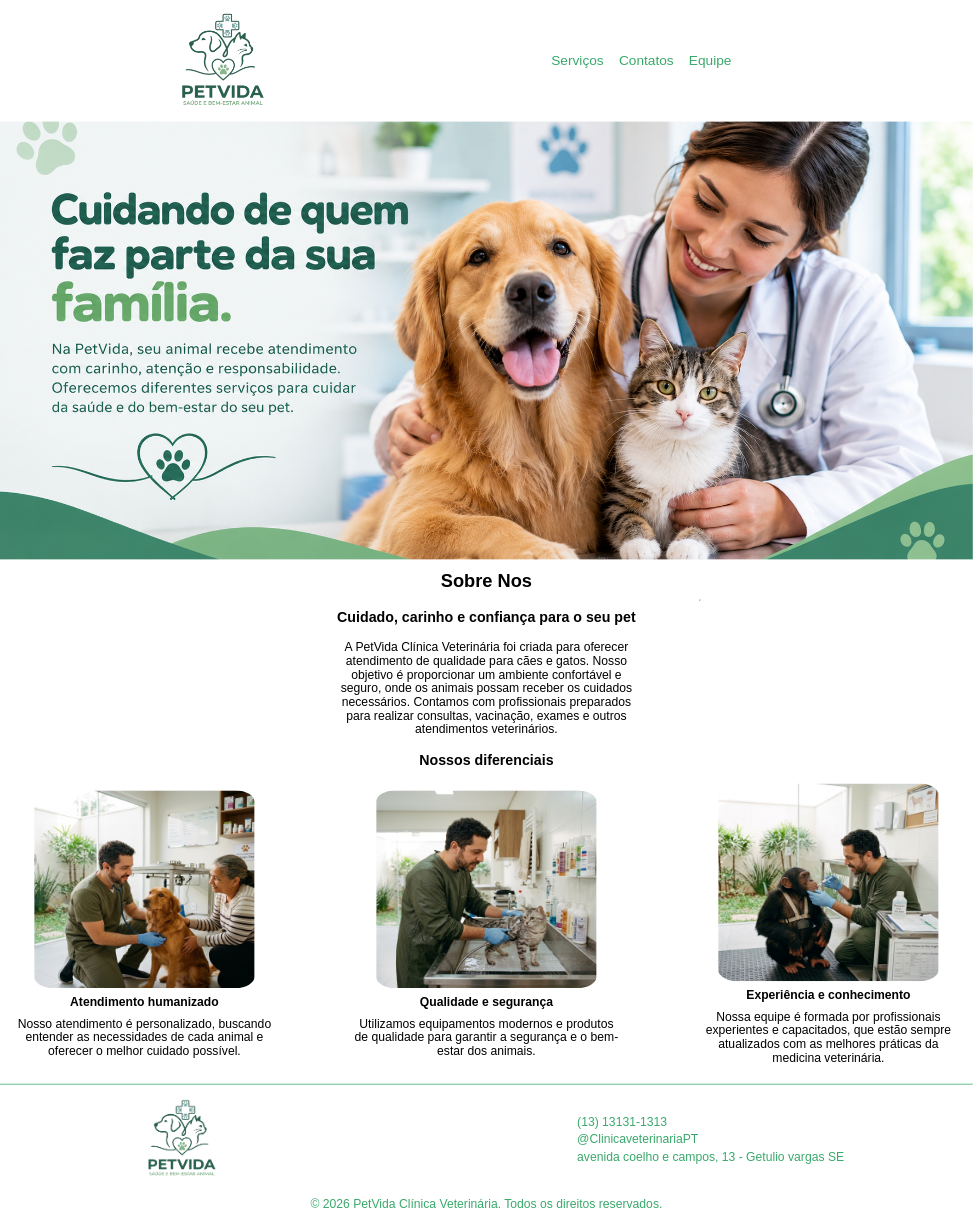
Repository: antonymsantana-design/Veterinario
Page: INDEX.HTML
These files come from the project's save history. The page is drawn as it stood at one moment and after the next save; the edit follows.
The browser window is 1280 px wide. The pictures show the whole page, at 76% of full size.

Above is the page before, as saved 2026-10-03 18:21:05.
Console error: TypeError: Cannot read properties of null (reading 'innerHTML')

After the next save:
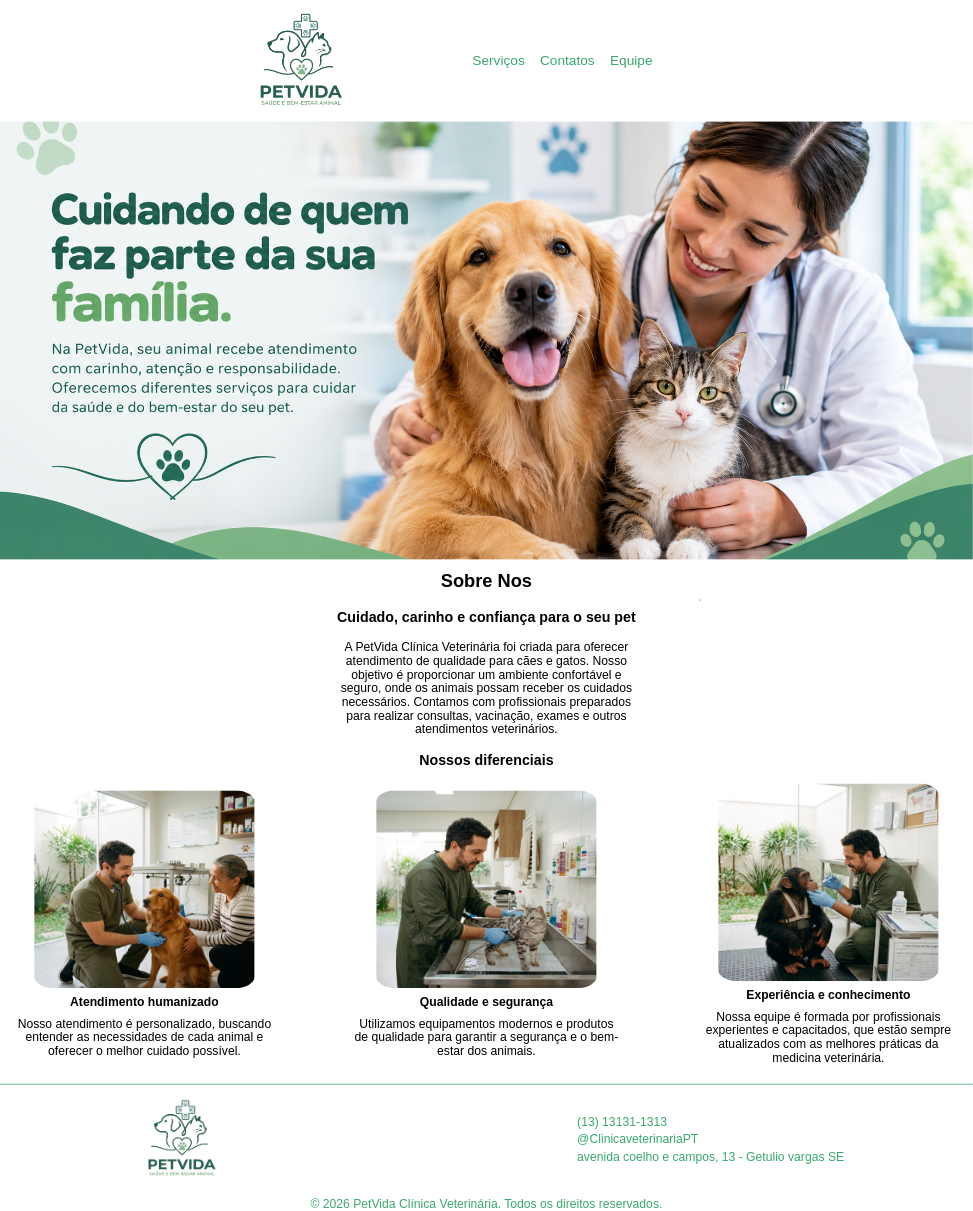
Saved 67 s later.
--- a/INDEX.HTML
+++ b/INDEX.HTML
@@ -12,7 +12,6 @@
     <div class="conteudoH" id="conteudoH">
         <div class="imagem" id="imagem">
             <img src="image/logo.png" alt="logo" class="logoIMG" id="logoIMG" />
-            <h3 class="logoH">CEBOLA HAIR</h3>
         </div>
         <div class="direitaH">
             <div class="links" id="links">

After the save that followed:
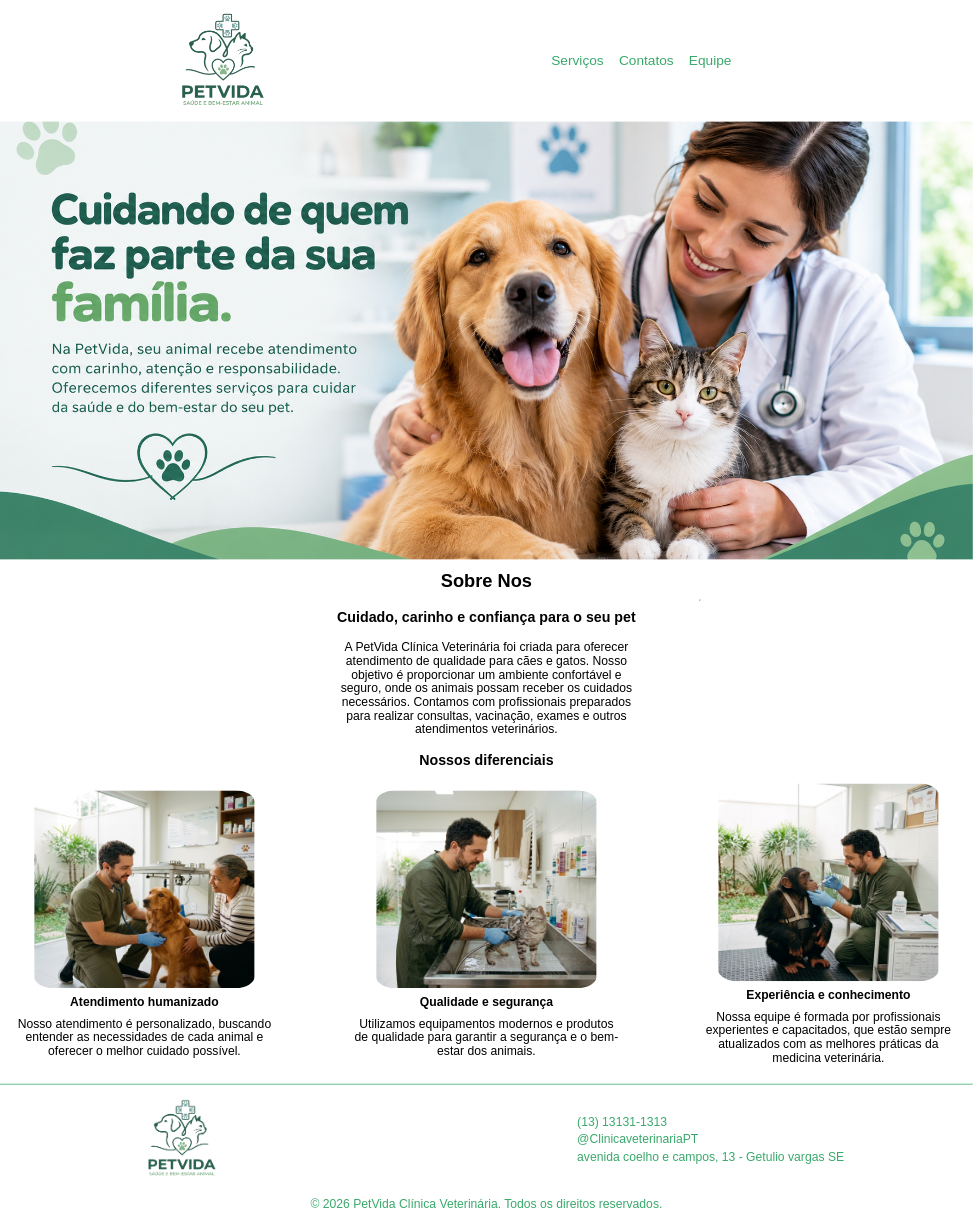
Saved 15 s later.
--- a/INDEX.HTML
+++ b/INDEX.HTML
@@ -12,6 +12,7 @@
     <div class="conteudoH" id="conteudoH">
         <div class="imagem" id="imagem">
             <img src="image/logo.png" alt="logo" class="logoIMG" id="logoIMG" />
+            <h3 class="logoH">CEBOLA HAIR</h3>
         </div>
         <div class="direitaH">
             <div class="links" id="links">
